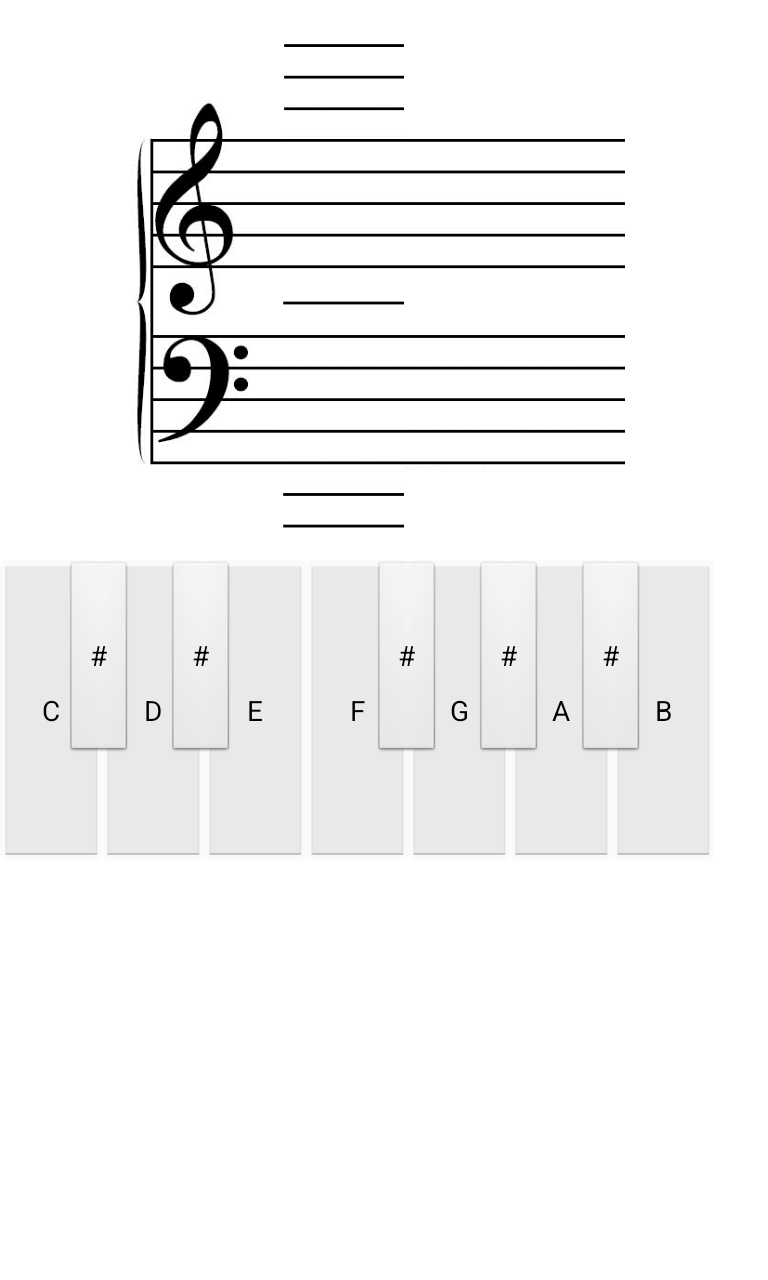
Repository: jockmahon/androidWorkSpace
Layout: Noteable/res/layout/staff_display.xml
An editor plug-in stored every save of this project. The layout is shown before and after the next save, followed by the edit.
It is drawn on a 768 x 1280 px phone screen (xhdpi) without system bars, with theme AppTheme; the app's code is not run. Lists and similar views that code fills are empty.

Above is the layout before, as saved 2014-09-15 17:38:11.

### Noteable/res/layout/staff_display.xml
<?xml version="1.0" encoding="utf-8"?>
<RelativeLayout xmlns:android="http://schemas.android.com/apk/res/android"
    xmlns:tools="http://schemas.android.com/tools"
    android:id="@+id/staff_layout"
    android:layout_width="match_parent"
    android:layout_height="match_parent"
    tools:ignore="ButtonStyle,HardcodedText,RtlHardcoded" >

    <ImageView
        android:id="@+id/staff"
        android:layout_width="match_parent"
        android:layout_height="280dp"
        android:contentDescription="@string/staff"
        android:paddingTop="10dp"
        android:src="@drawable/grand_staff" />

    <LinearLayout
        android:id="@+id/keyboard"
        android:layout_width="match_parent"
        android:layout_height="wrap_content"
        android:layout_below="@id/staff"
        android:orientation="horizontal"
        android:padding="0dp" >

        <Button
            android:id="@+id/btn_c"
            android:layout_width="@dimen/width_note_btn"
            android:layout_height="@dimen/height_note_btn"
            android:background="@drawable/btn_default_holo_light"
            android:text="C"/>

        <Button
            android:id="@+id/btn_d"
            android:layout_width="@dimen/width_note_btn"
            android:layout_height="@dimen/height_note_btn"
            android:background="@drawable/btn_default_holo_light"
            android:text="D" />

        <Button
            android:id="@+id/btn_e"
            android:layout_width="@dimen/width_note_btn"
            android:layout_height="@dimen/height_note_btn"
            android:background="@drawable/btn_default_holo_light"
            android:text="E" />

        <Button
            android:id="@+id/btn_f"
            android:layout_width="@dimen/width_note_btn"
            android:layout_height="@dimen/height_note_btn"
            android:background="@drawable/btn_default_holo_light"
            android:text="F" />

        <Button
            android:id="@+id/btn_g"
            android:layout_width="@dimen/width_note_btn"
            android:layout_height="@dimen/height_note_btn"
            android:background="@drawable/btn_default_holo_light"
            android:text="G" />

        <Button
            android:id="@+id/btn_a"
            android:layout_width="@dimen/width_note_btn"
            android:layout_height="@dimen/height_note_btn"
            android:background="@drawable/btn_default_holo_light"
            android:text="A" />

        <Button
            android:id="@+id/btn_b"
            android:layout_width="@dimen/width_note_btn"
            android:layout_height="@dimen/height_note_btn"
            android:background="@drawable/btn_default_holo_light"
            android:text="B" />
    </LinearLayout>

    <LinearLayout
        android:id="@+id/sharp_buttons"
        android:layout_width="match_parent"
        android:layout_height="wrap_content"
        android:layout_below="@id/staff"
        android:orientation="horizontal"
        android:paddingLeft="@dimen/padding_sharp_notes"
        android:paddingRight="0dp" >

        <Button
            android:id="@+id/btn_c_sharp"
            android:layout_width="@dimen/width_sharp_note_btn"
            android:layout_height="@dimen/height_sharp_note_btn"
            android:layout_marginRight="@dimen/margin_right_small"
            android:text="#" />

        <Button
            android:id="@+id/btn_d_sharp"
            android:layout_width="@dimen/width_sharp_note_btn"
            android:layout_height="@dimen/height_sharp_note_btn"
            android:layout_marginRight="@dimen/margin_right_big"
            android:text="#" />

        <Button
            android:id="@+id/btn_f_sharp"
            android:layout_width="@dimen/width_sharp_note_btn"
            android:layout_height="@dimen/height_sharp_note_btn"
            android:layout_marginRight="@dimen/margin_right_small"
            android:text="#" />

        <Button
            android:id="@+id/btn_g_sharp"
            android:layout_width="@dimen/width_sharp_note_btn"
            android:layout_height="@dimen/height_sharp_note_btn"
            android:layout_marginRight="@dimen/margin_right_small"
            android:text="#" />

        <Button
            android:id="@+id/btn_a_sharp"
            android:layout_width="@dimen/width_sharp_note_btn"
            android:layout_height="@dimen/height_sharp_note_btn"
            android:text="#" />
    </LinearLayout>

    <ListView
        android:id="@+id/lv_history"
        android:layout_width="match_parent"
        android:layout_height="match_parent"
        android:layout_below="@id/keyboard" >
    </ListView>

</RelativeLayout>

### Noteable/res/values/strings.xml
<?xml version="1.0" encoding="utf-8"?>
<resources>

    <string name="app_name">Notable</string>
    <string name="action_settings">Settings</string>
    <string name="hello_world">Hello world!</string>
    <string name="staff">Staff</string>
    <string name="include_sharps">Include Sharps</string>
    <string name="include_flats">Include Flats</string>

</resources>

### Noteable/res/values-sw320dp/dimens.xml
<?xml version="1.0" encoding="utf-8"?>
<resources>
    <dimen name="width_note_btn">51dp</dimen>
    <dimen name="width_sharp_note_btn">35dp</dimen>

    <dimen name="height_note_btn">150dp</dimen>
    <dimen name="height_sharp_note_btn">100dp</dimen>

    <dimen name="padding_sharp_notes">32dp</dimen>

    <dimen name="margin_right_small">16dp</dimen>
    <dimen name="margin_right_big">68dp</dimen>


    <integer name="width_note_img">150</integer>
    <integer name="height_note_img">150</integer>

    <integer name="y_note_img">410</integer>
    <integer name="y_offset_note_img">-15</integer>
    <integer name="y_octive_offset_note_img">-113</integer>
    <integer name="x_note_img">470</integer>
</resources>

### Noteable/res/values-sw600dp/dimens.xml
<?xml version="1.0" encoding="utf-8"?>
<resources>
    <dimen name="width_note_btn">84dp</dimen>
    <dimen name="width_sharp_note_btn">64dp</dimen>

    <dimen name="height_note_btn">300dp</dimen>
    <dimen name="height_sharp_note_btn">170dp</dimen>

    <dimen name="padding_sharp_notes">52dp</dimen>

    <dimen name="margin_right_small">22dp</dimen>
    <dimen name="margin_right_big">104dp</dimen>



    <integer name="width_note_img">150</integer>
    <integer name="height_note_img">150</integer>

    <integer name="y_note_img">410</integer>
    <integer name="y_offset_note_img">-15</integer>
    <integer name="y_octive_offset_note_img">-113</integer>
    <integer name="x_note_img">470</integer>


</resources>

### Noteable/res/values/dimens.xml
<resources>
    <dimen name="width_note_btn">84dp</dimen>
    <dimen name="width_sharp_note_btn">64dp</dimen>

    <dimen name="height_note_btn">300dp</dimen>
    <dimen name="height_sharp_note_btn">170dp</dimen>

    <dimen name="padding_sharp_notes">52dp</dimen>

    <integer name="width_note_img">150</integer>
    <integer name="height_note_img">150</integer>

    <integer name="y_note_img">410</integer>
    <integer name="y_offset_note_img">-15</integer>
    <integer name="y_octive_offset_note_img">-113</integer>
    <integer name="x_note_img">470</integer>


</resources>

Loaded but not shown: Noteable/res/values/styles.xml (common file); Noteable/res/drawable/btn_default_holo_light.xml (common file)

After the next save:
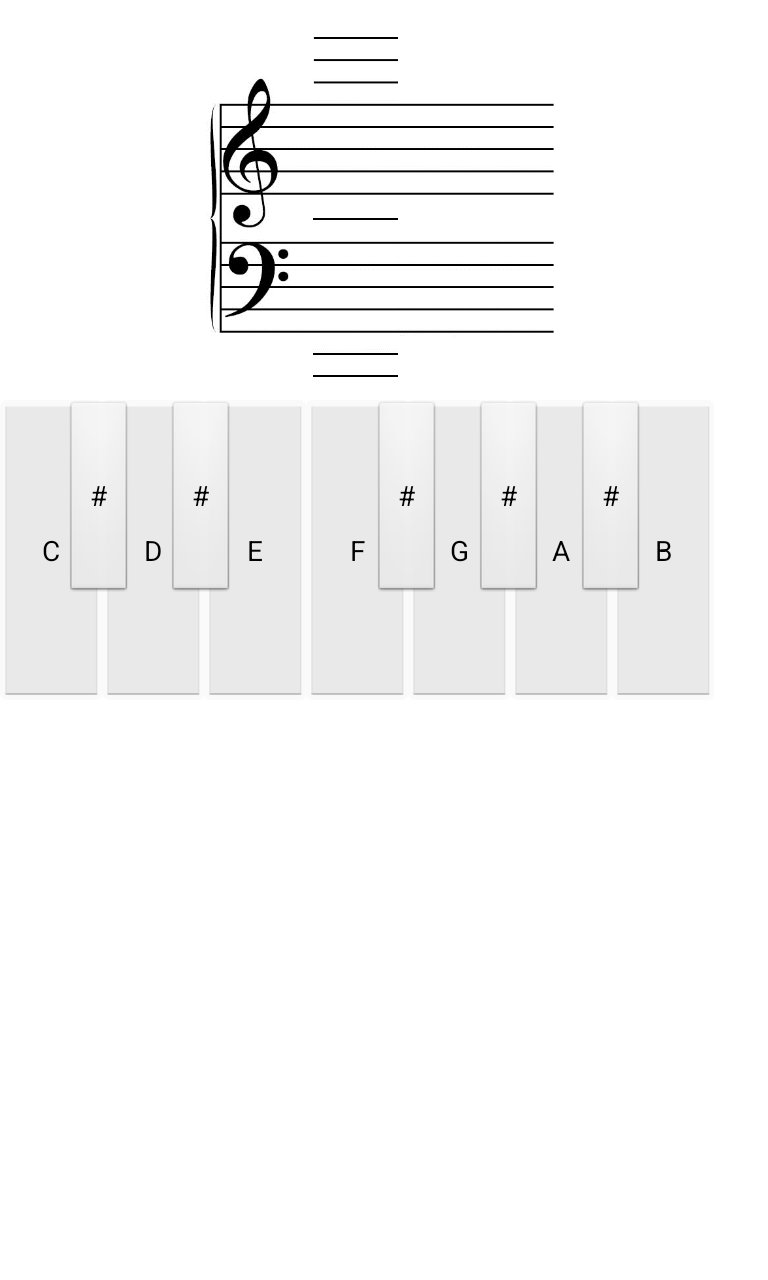
Saved 22 s later.
--- a/Noteable/res/layout/staff_display.xml
+++ b/Noteable/res/layout/staff_display.xml
@@ -9,7 +9,7 @@
     <ImageView
         android:id="@+id/staff"
         android:layout_width="match_parent"
-        android:layout_height="280dp"
+        android:layout_height="200dp"
         android:contentDescription="@string/staff"
         android:paddingTop="10dp"
         android:src="@drawable/grand_staff" />

After the save that followed:
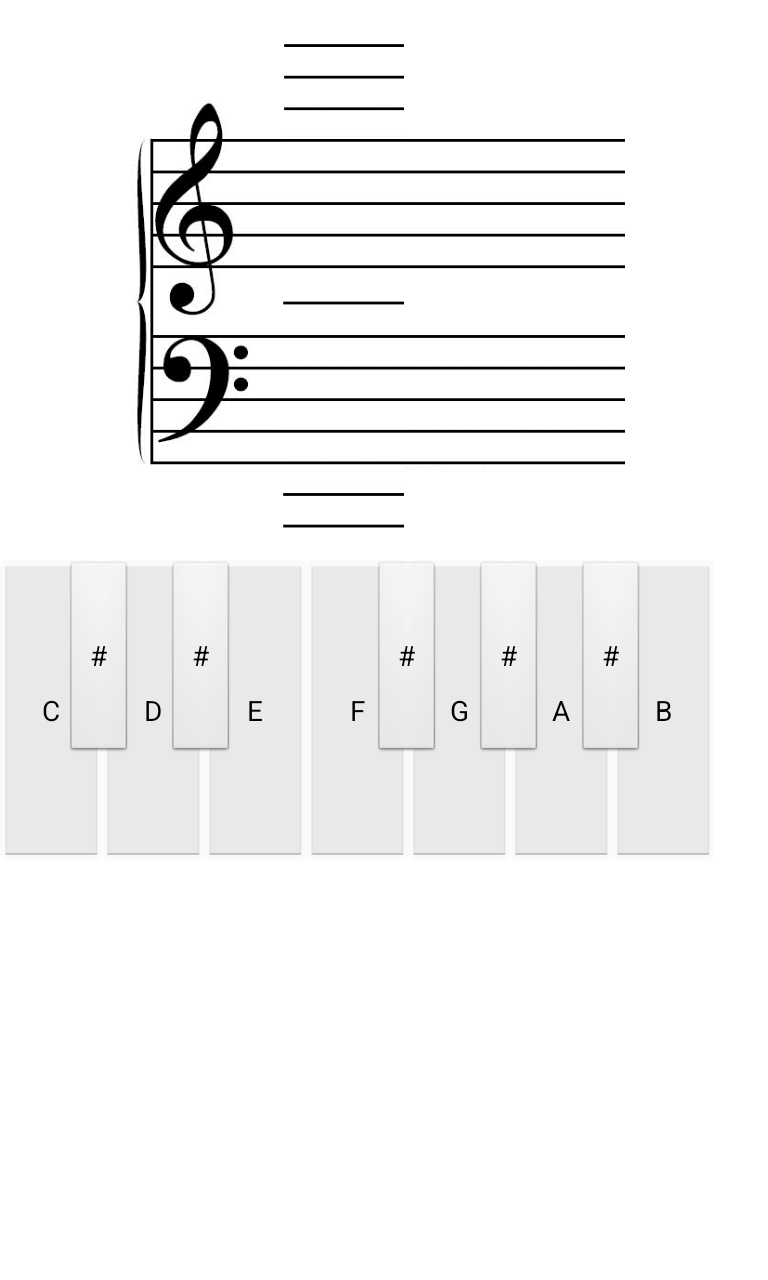
Saved 11 s later.
--- a/Noteable/res/layout/staff_display.xml
+++ b/Noteable/res/layout/staff_display.xml
@@ -9,7 +9,7 @@
     <ImageView
         android:id="@+id/staff"
         android:layout_width="match_parent"
-        android:layout_height="200dp"
+        android:layout_height="280dp"
         android:contentDescription="@string/staff"
         android:paddingTop="10dp"
         android:src="@drawable/grand_staff" />
